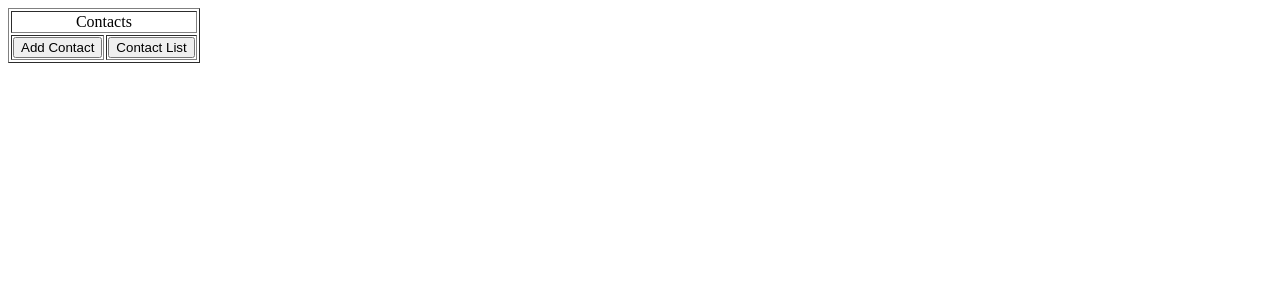
Repository: HSungJun/Practice
Page: KH_workspace/Back/workspace_back/Contacts/src/main/webapp/index.html
The author's editor kept a copy of each file at every save. The page is drawn from the files as they stood at one save, then again after the next save.
The browser window is 1280 px wide. The pictures show the whole page.

Above is the page before, as saved 2023-04-04 12:37:25.

After the next save:
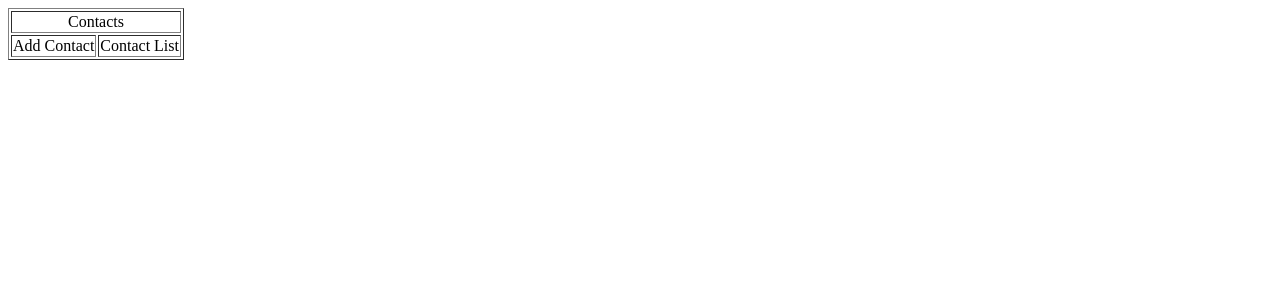
Saved 3 min 18 s later.
--- a/KH_workspace/Back/workspace_back/Contacts/src/main/webapp/index.html
+++ b/KH_workspace/Back/workspace_back/Contacts/src/main/webapp/index.html
@@ -10,8 +10,8 @@
 			<td colspan='2' align='center'>Contacts</td>
 		</tr>
 		<tr>
-			<td> <button herf='insert_contact'>Add Contact</button> </td>
-			<td> <button herf='selectAll'>Contact List</button> </td>
+			<td> <a herf='insert_contact'>Add Contact</a> </td>
+			<td> <a herf='selectAll'>Contact List<a> </td>
 		</tr>
 
 	</table>

After the 2 saves that followed:
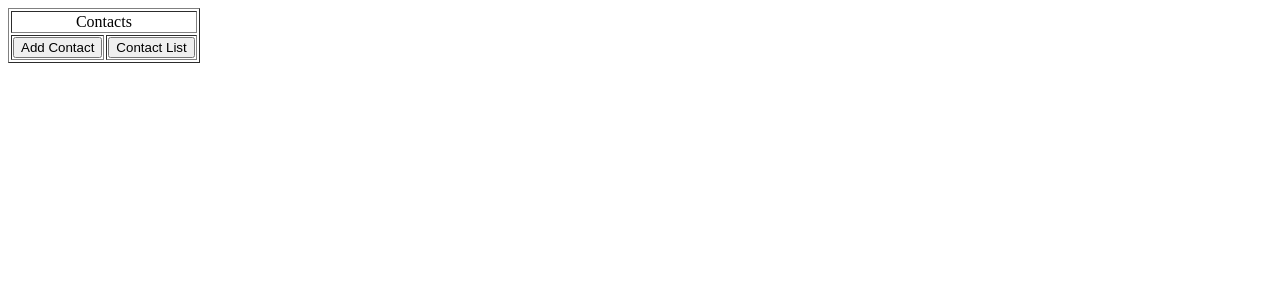
The 2 saves are shown as one change because 1 left the picture as it was.
The last was saved 88 s later.
--- a/KH_workspace/Back/workspace_back/Contacts/src/main/webapp/index.html
+++ b/KH_workspace/Back/workspace_back/Contacts/src/main/webapp/index.html
@@ -10,8 +10,8 @@
 			<td colspan='2' align='center'>Contacts</td>
 		</tr>
 		<tr>
-			<td> <a herf='insert_contact'>Add Contact</a> </td>
-			<td> <a herf='selectAll'>Contact List<a> </td>
+			<td> <button href='insert_contact'>Add Contact</button> </td>
+			<td> <button href='selectAll'>Contact List</button> </td>
 		</tr>
 
 	</table>
